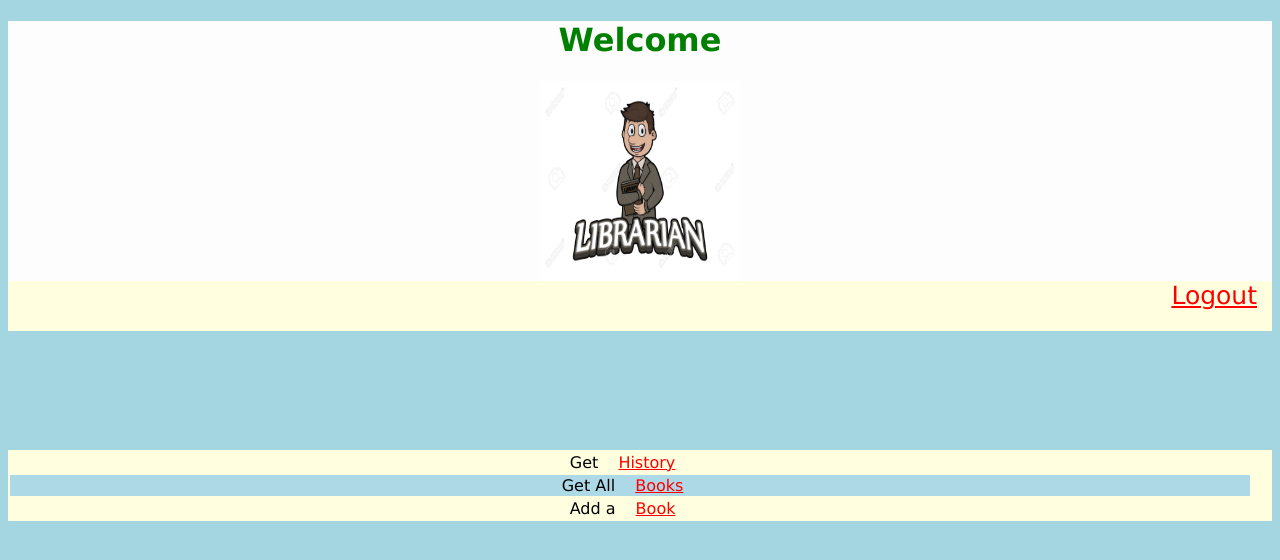
Repository: prashantvadlamani/Library-Management-System
Page: http://localhost/project/librarian.jsp
An editor plug-in stored every save of this project. The page is shown before and after the next save, followed by the edit.
The browser window is 1280 px wide. The pictures show the whole page.
The pointer rests on the first visible `a`.
The page is served by Tomcat 9.

Above is the page before, as saved 2018-08-23 06:33:45.

After the next save:
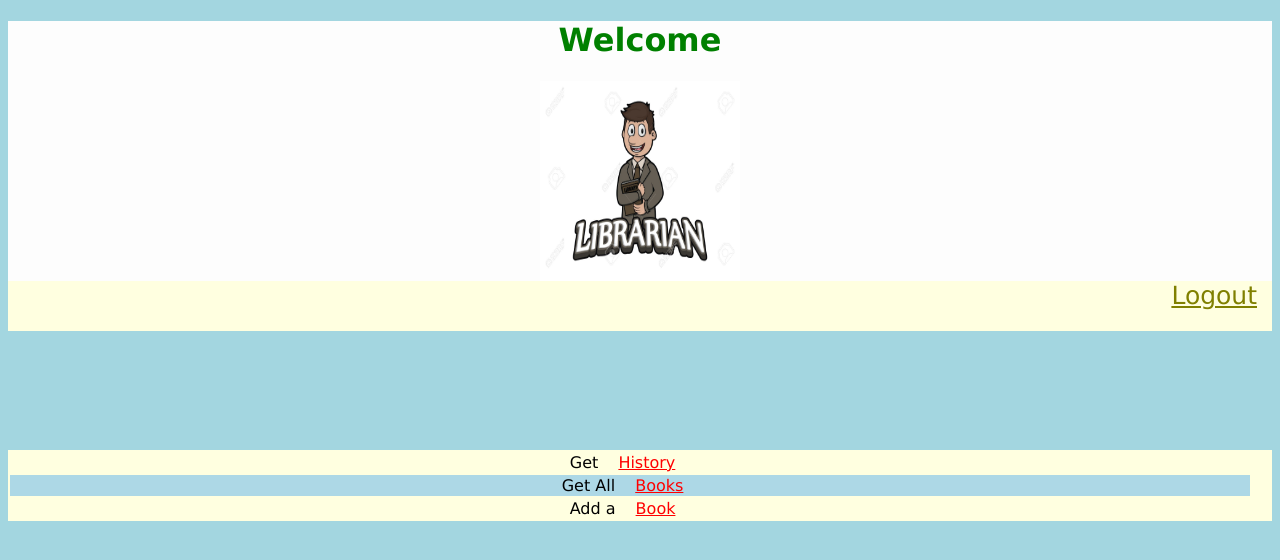
Saved 66 s later.
--- a/project/WebContent/librarian.jsp
+++ b/project/WebContent/librarian.jsp
@@ -15,7 +15,9 @@
 		text-align:center;
 		color: green;
 	}
-
+	a:hover{
+		color:olive;
+	}
 	a{
 		color: red;
 		padding: 15px;
